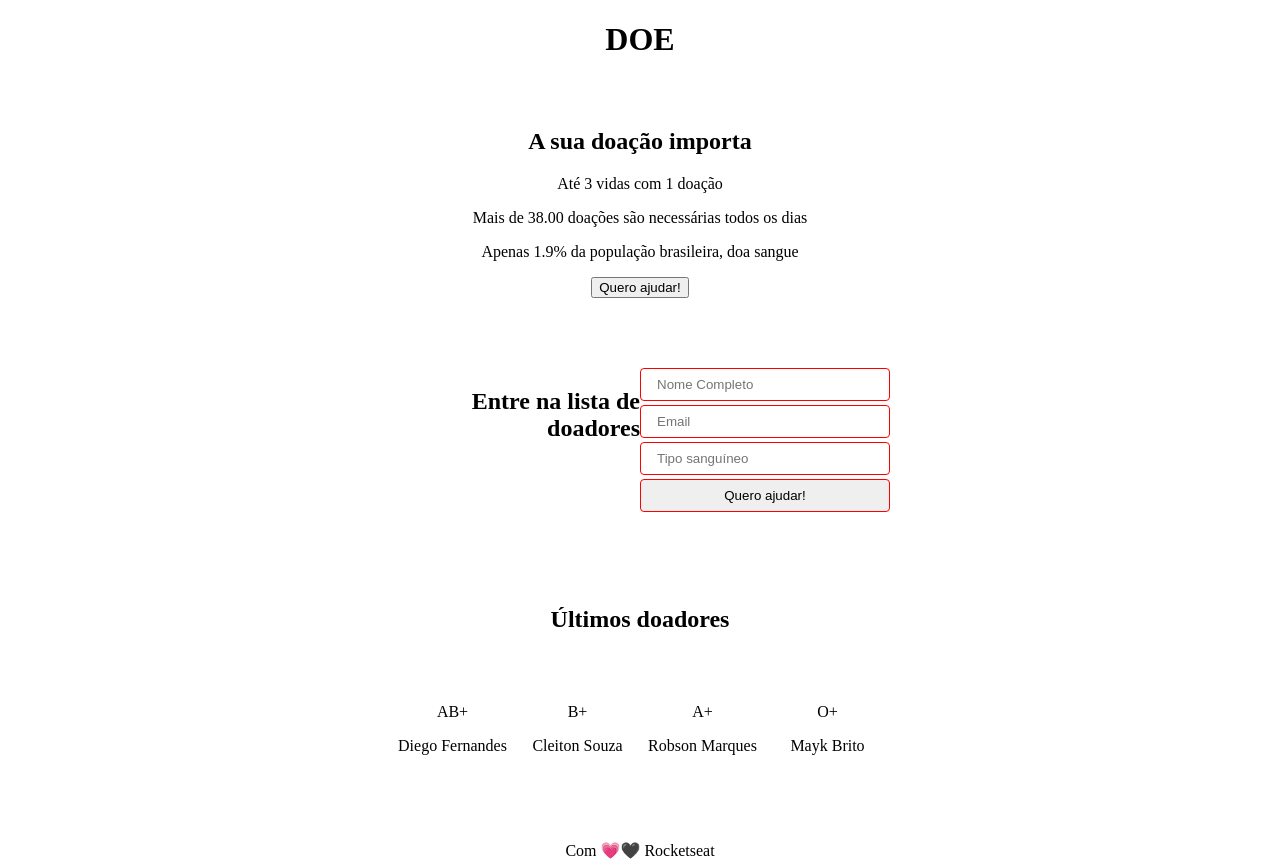
Repository: lucas-silva-dev/Doe
Page: index.html
The author's editor kept a copy of each file at every save. The page is drawn from the files as they stood at one save, then again after the next save.
The browser window is 1280 px wide. The pictures show the whole page.
Some web fonts or font styles are not loaded; a fallback is used.

Above is the page before, as saved 2020-02-18 16:18:15.

### index.html
<!DOCTYPE html>
<!-- HTML
  HYPERTEXT
    Texto que contém links para outros documentos

  MARKUP
    Texto conterá marcações
    <tags>

  LANGUAGE
    Para comunicar de certa maneira. Sintaxe específica
-->
<html>

<head>
  <!-- são as configurações da minha página-->
  <title>Doe sangue! Doe vida!</title>

  <link rel="stylesheet" href="style.css">
  <link href="https://fonts.googleapis.com/css?family=Asap|Asap+Condensed&display=swap" rel="stylesheet">

</head>

<body>
  <!-- Aqui vem todo conteúdo visível para o usuário, dentro de certa página-->
  <header>
    <h1>DOE</h1>
    <h2>A sua doação importa</h2>
    <p>Até 3 vidas com 1 doação</p>
    <p>Mais de 38.00 doações são necessárias todos os dias</p>
    <p>Apenas 1.9% da população brasileira, doa sangue</p>
    <button>Quero ajudar!</button>
  </header>

  <section class="form">
    <h2>Entre na lista de doadores</h2>
    <form action="/">
      <input type="text" name="name" placeholder="Nome Completo">
      <input type="text" name="email" placeholder="Email">
      <input type="text" name="blood" placeholder="Tipo sanguíneo">
      <button type="submit">Quero ajudar!</button>
    </form>
  </section>

  <main>
    <h2>Últimos doadores</h2>

    <section class="donors">
      <div class="donor">
        <div class="blood">AB+</div>
        <p>Diego Fernandes</p>
      </div>
      <div class="donor">
        <div class="blood">B+</div>
        <p>Cleiton Souza</p>
      </div>
      <div class="donor">
        <div class="blood">A+</div>
        <p>Robson Marques</p>
      </div>
      <div class="donor">
        <div class="blood">O+</div>
        <p>Mayk Brito</p>
      </div>
    </section>
  </main>

  <footer> Com 💗🖤 Rocketseat</footer>

</body>

</html>

### style.css
/*
  CASCADING STYLESHEET
*/

/* GLOBAL */
html,
body {
  margin: 0;
  box-sizing: border-box;
}

body {
  display: flex;
  flex-direction: column;
  /* height: 100vh; */
}

/* TITULOS */
header h1,
main h2 {
  margin-bottom: 70px;
}

.form h2 {
  text-align: right;
}

/* ESTRUTURA */
header,
main,
footer {
  /* alinhamento de textos */
  text-align: center;
}

header,
.form,
main {
  /* espaçamentos com margin */
  margin: 0 auto 70px;

  /* limites dos elementos */
  width: 90%;
  max-width: 500px;
}

/* FORM */
section.form {
  display: grid;
  grid-template-columns: 1fr 1fr;
}

form input,
form button {
  /* largura */
  width: 100%;

  /* espaçamentos */
  margin-bottom: 4px;

  /* corrigindo comportamento padrão css */
  padding: 8px 16px;

  /* preenchimento */
  box-sizing: border-box;

  /* bordas */
  border-radius: 4px;
  border: 1px red solid;
}

/* MAIN */
main .donors {
  display: grid;
  grid-template-columns: 1fr 1fr 1fr 1fr;
}

footer {
  margin-top: auto;
}

After the next save:
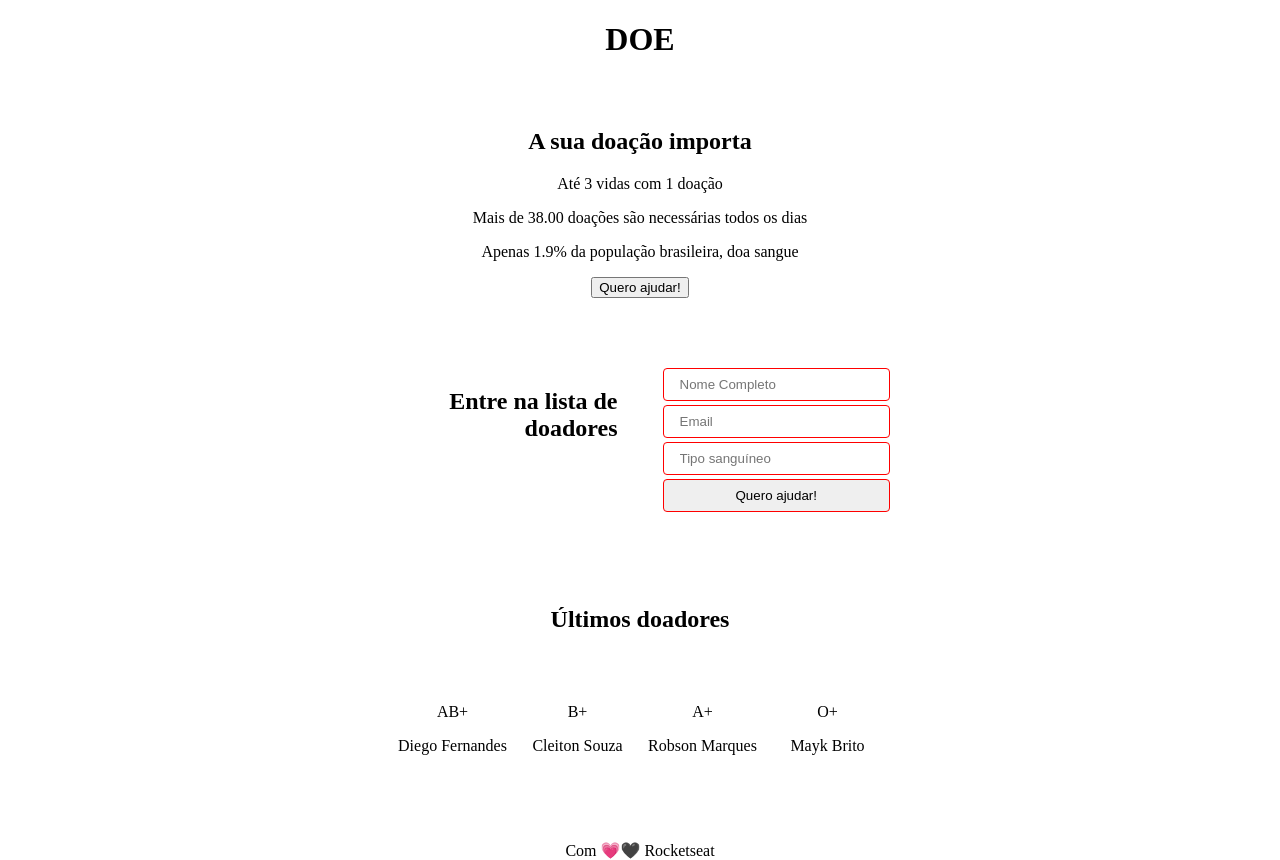
Saved 36 s later.
--- a/style.css
+++ b/style.css
@@ -48,6 +48,8 @@ main {
 section.form {
   display: grid;
   grid-template-columns: 1fr 1fr;
+
+  grid-gap: 45px;
 }
 
 form input,
